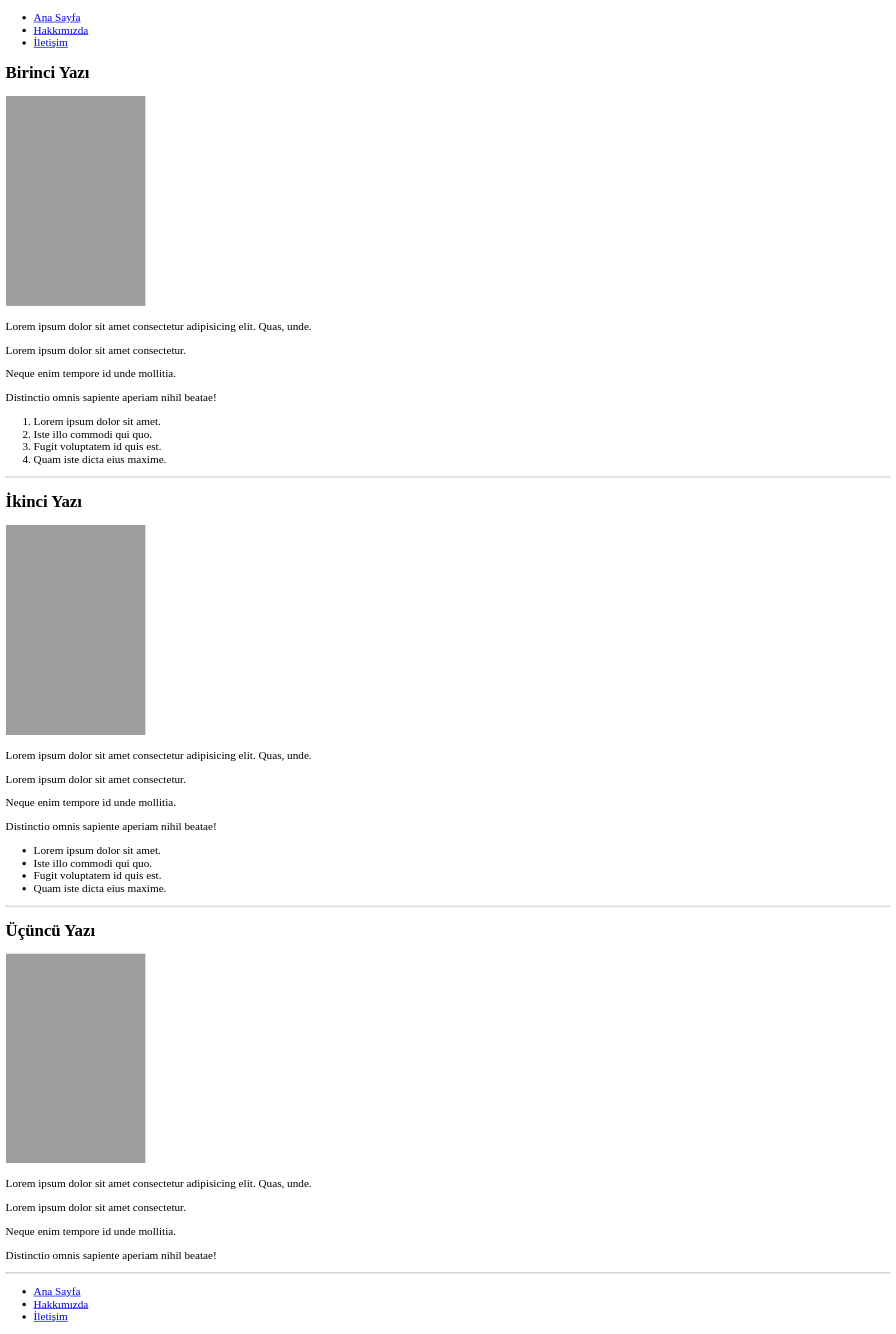
Repository: rizacantire/html
Page: Practice/about-us.html
An editor plug-in stored every save of this project. The page is shown before and after the next save, followed by the edit.
The browser window is 1280 px wide. The pictures show the whole page, at 70% of full size.
Pictures or frames that could not be fetched are drawn as grey boxes.

Above is the page before, as saved 2021-12-06 23:48:19.

### Practice/about-us.html
<!DOCTYPE html>
<html lang="tr">
<head>
    <meta charset="UTF-8">
    <meta http-equiv="X-UA-Compatible" content="IE=edge">
    <meta name="viewport" content="width=device-width, initial-scale=1.0">
    <title>Hakkımızda</title>
</head>
<body>
    <!-- Navbar - Start -->
    <header>
        <nav>
            <ul>
                <li><a href="index.html">Ana Sayfa</a></li>
                <li><a href="about-us.html">Hakkımızda</a></li>
                <li><a href="contact.html">İletişim</a></li>
            </ul>
        </nav>
    </header>
    <!-- Navbar - End -->

    <!-- Content - Start -->
    <section>
        <!-- Articles - Start -->
        <article>
            <h2>Birinci Yazı</h2>
            <img src="https://picsum.photos/id/8/200/300" alt="Yazı 1">
            <p>Lorem ipsum dolor sit amet consectetur adipisicing elit. Quas, unde.</p>
            <p>Lorem ipsum dolor sit amet consectetur.</p>
            <p>Neque enim tempore id unde mollitia.</p>
            <p>Distinctio omnis sapiente aperiam nihil beatae!</p>
            <ol>
                <li>Lorem ipsum dolor sit amet.</li>
                <li>Iste illo commodi qui quo.</li>
                <li>Fugit voluptatem id quis est.</li>
                <li>Quam iste dicta eius maxime.</li>
            </ol>
            <hr>
        </article>
        <article>
            <h2>İkinci Yazı</h2>
            <img src="https://picsum.photos/id/15/200/300" alt="Yazı 2">
            <p>Lorem ipsum dolor sit amet consectetur adipisicing elit. Quas, unde.</p>
            <p>Lorem ipsum dolor sit amet consectetur.</p>
            <p>Neque enim tempore id unde mollitia.</p>
            <p>Distinctio omnis sapiente aperiam nihil beatae!</p>
            <ul>
                <li>Lorem ipsum dolor sit amet.</li>
                <li>Iste illo commodi qui quo.</li>
                <li>Fugit voluptatem id quis est.</li>
                <li>Quam iste dicta eius maxime.</li>
            </ul>
            <hr>
        </article>
        <article>
            <h2>Üçüncü Yazı</h2>
            <img src="https://picsum.photos/id/36/200/300" alt="Yazı 3">
            <p>Lorem ipsum dolor sit amet consectetur adipisicing elit. Quas, unde.</p>
            <p>Lorem ipsum dolor sit amet consectetur.</p>
            <p>Neque enim tempore id unde mollitia.</p>
            <p>Distinctio omnis sapiente aperiam nihil beatae!</p>
            <hr>
        </article>
        <!-- Articles - End -->
    </section>
    <!-- Content - End -->

    <!-- Footer - Start -->
    <footer>
        <nav>
            <ul>
                <li><a href="index.html">Ana Sayfa</a></li>
                <li><a href="about-us.html">Hakkımızda</a></li>
                <li><a href="contact.html">İletişim</a></li>
            </ul>
        </nav>
    </footer>
    <!-- Footer - End -->
</body>
</html>

After the next save:
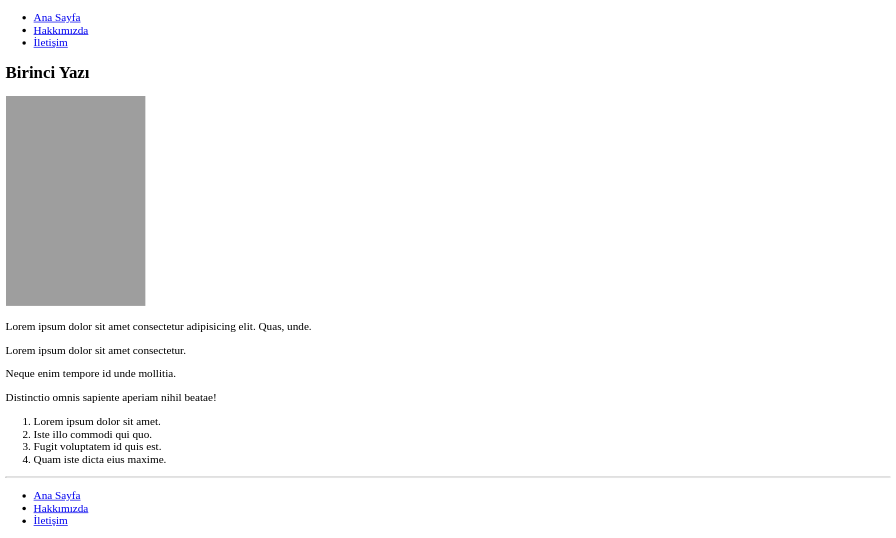
Saved 11 s later.
--- a/Practice/about-us.html
+++ b/Practice/about-us.html
@@ -37,30 +37,6 @@
             </ol>
             <hr>
         </article>
-        <article>
-            <h2>İkinci Yazı</h2>
-            <img src="https://picsum.photos/id/15/200/300" alt="Yazı 2">
-            <p>Lorem ipsum dolor sit amet consectetur adipisicing elit. Quas, unde.</p>
-            <p>Lorem ipsum dolor sit amet consectetur.</p>
-            <p>Neque enim tempore id unde mollitia.</p>
-            <p>Distinctio omnis sapiente aperiam nihil beatae!</p>
-            <ul>
-                <li>Lorem ipsum dolor sit amet.</li>
-                <li>Iste illo commodi qui quo.</li>
-                <li>Fugit voluptatem id quis est.</li>
-                <li>Quam iste dicta eius maxime.</li>
-            </ul>
-            <hr>
-        </article>
-        <article>
-            <h2>Üçüncü Yazı</h2>
-            <img src="https://picsum.photos/id/36/200/300" alt="Yazı 3">
-            <p>Lorem ipsum dolor sit amet consectetur adipisicing elit. Quas, unde.</p>
-            <p>Lorem ipsum dolor sit amet consectetur.</p>
-            <p>Neque enim tempore id unde mollitia.</p>
-            <p>Distinctio omnis sapiente aperiam nihil beatae!</p>
-            <hr>
-        </article>
         <!-- Articles - End -->
     </section>
     <!-- Content - End -->
